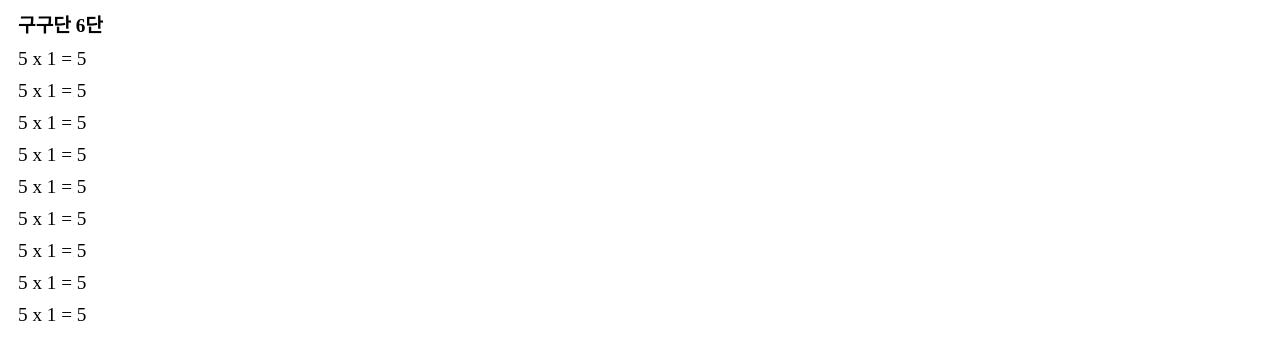
Repository: camicomi/Study_Server
Page: http://localhost/JSPTest/ex02.jsp
The author's editor kept a copy of each file at every save. The page is drawn from the files as they stood at one save, then again after the next save.
The browser window is 1280 px wide. The pictures show the whole page.
The page is served by Tomcat 9.

Above is the page before, as saved 2024-04-01 03:41:31.

After the next save:
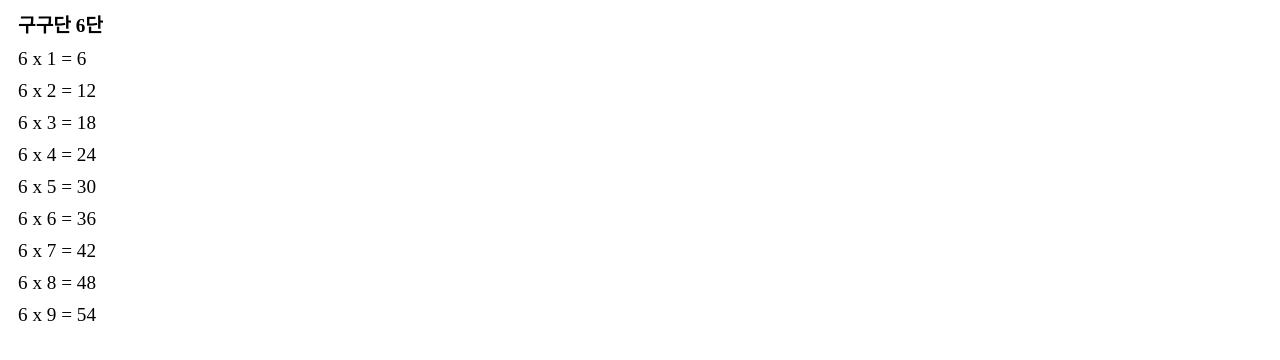
Saved 45 s later.
--- a/JSPTest/src/main/webapp/ex02.jsp
+++ b/JSPTest/src/main/webapp/ex02.jsp
@@ -29,7 +29,7 @@
 	<h1>구구단 <%= dan %>단</h1>
 
 	<% for (int i=1; i<=9; i++) { %>
-	<div>5 x 1 = 5</div>
+	<div><%= dan %> x <%= i %> = <%= dan * i %></div>
 	<% } %>
 
 </body>
